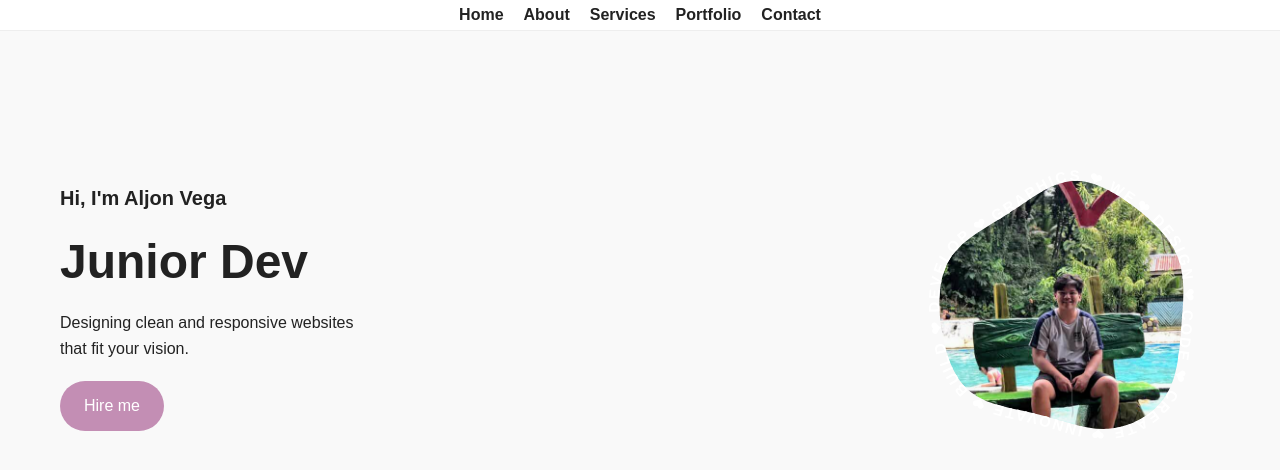
Repository: aljonvega18/Portfolio
Page: index.html
These files come from the project's save history. The page is drawn as it stood at one moment and after the next save; the edit follows.
The browser window is 1280 px wide. The pictures show the whole page.

Above is the page before, as saved 2026-02-02 16:34:32.

### index.html
<!DOCTYPE html>
<html lang="en">
<head>
    <meta charset="UTF-8">
    <meta name="viewport" content="width=device-width, initial-scale=1.0">
    <title>Aljon Vega | Junior Dev Portfolio</title>
    <link rel="stylesheet" href="style.css">

</head>
<body>

<header>
    <div class="navbar">
        <nav>
            <ul>
                <li><a href="index.html">Home</a></li>
                <li><a href="about.html">About</a></li>
                <li><a href="services.html">Services</a></li>
                <li><a href="portfolio.html">Portfolio</a></li>
                <li><a href="contact.html">Contact</a></li>
            </ul>
        </nav>
    </div>
</header>

<section class="hero">
    <div class="hero-container">
        <div class="hero-content">
            <h3>Hi, I'm Aljon Vega</h3>
            <h1>Junior Dev</h1>
            <p>Designing clean and responsive websites<br>that fit your vision.</p>
            <a href="contact.html" class="btn">Hire me</a>
            <div class="social-links">
                <a href="#" class="social-icon"><i class="fab fa-facebook-f"></i></a>
                <a href="#" class="social-icon"><i class="fab fa-instagram"></i></a>
                <a href="#" class="social-icon"><i class="fab fa-x-twitter"></i></a>
            </div>
        </div>
        <div class="hero-image">
    <svg viewBox="0 0 200 200" xmlns="http://www.w3.org/2000/svg" aria-labelledby="t" class="blob-svg">

        <defs>
            <clipPath id="blobClip">
                <path d="M43.1,-68.5C56.2,-58.6,67.5,-47.3,72.3,-33.9C77.2,-20.5,75.5,-4.9,74.2,11.3C72.9,27.6,71.9,44.5,63.8,57.2C55.7,69.8,40.6,78.2,25.5,79.2C10.4,80.1,-4.7,73.6,-20.9,69.6C-37.1,65.5,-54.5,63.9,-66,54.8C-77.5,45.8,-83.2,29.3,-85.7,12.3C-88.3,-4.8,-87.7,-22.3,-79.6,-34.8C-71.5,-47.3,-55.8,-54.9,-41.3,-64.2C-26.7,-73.6,-13.4,-84.7,0.8,-86C15,-87.2,29.9,-78.5,43.1,-68.5Z"
                        transform="translate(100 100)"/>
            </clipPath>
        </defs>

        <image
            href="ME.jpg"
            width="200"
            height="200"
            preserveAspectRatio="xMidYMid slice"
            clip-path="url(#blobClip)"
        />

        <path
            id="textPath"
            d="M43.1,-68.5C56.2,-58.6,67.5,-47.3,72.3,-33.9C77.2,-20.5,75.5,-4.9,74.2,11.3C72.9,27.6,71.9,44.5,63.8,57.2C55.7,69.8,40.6,78.2,25.5,79.2C10.4,80.1,-4.7,73.6,-20.9,69.6C-37.1,65.5,-54.5,63.9,-66,54.8C-77.5,45.8,-83.2,29.3,-85.7,12.3C-88.3,-4.8,-87.7,-22.3,-79.6,-34.8C-71.5,-47.3,-55.8,-54.9,-41.3,-64.2C-26.7,-73.6,-13.4,-84.7,0.8,-86C15,-87.2,29.9,-78.5,43.1,-68.5Z"
            transform="translate(100 100)"
            fill="none"
            pathLength="100"
        />

        <text class="text-content">
            <textPath href="#textPath">
                ❤ DESIGN  ❤ CODE ❤ CREATE ❤ INNOVATE ❤ BUILD ❤ DEVELOP ❤ GRAPHICS ❤ WEBSITE ❤ UI/UX ❤ FRONTEND ❤ BACKEND ❤ RESPONSIVE ❤ CLEAN ❤ SIMPLE ❤ SPEED ❤ CLARITY ❤
                <animate attributeName="startOffset" from="0%" to="100%" dur="15s" repeatCount="indefinite"/>
            </textPath>
        </text>

    </svg>
</div>

    </div>
</section>

</body>
</html>

### style.css
html, body {
margin: 0;
padding: 0;
overflow: hidden;
}
* {
box-sizing: border-box;
margin: 0;
padding: 0;
font-family: Arial, sans-serif;
}
body {
        background: #fff;
        color: #222;
        line-height: 1.6;
        }

/* NAVBAR */
header {
    position: fixed;
    top: 0; width: 100%;
    background: #fff;
    border-bottom: 1px solid #eee;
    z-index: 1000;
    }
.navbar {
    max-width: 1200px;
    margin: auto;
    position: relative;
    display: flex;
    align-items: center;
    padding: 15px 20px;
    }
.logo {
    height: 40px;}
nav ul {
    display: flex;
    list-style: none;
    gap: 20px;
    }
nav a { text-decoration: none; color: #222; font-weight: bold; }
nav a:hover { color: #c38eb4; }
nav {
    position: absolute;
    left: 50%;
    transform: translateX(-50%);
    }
.hero {
    padding-top: 120px;
    padding-bottom: 60px;
    background: #f9f9f9;}
.hero-container {
    max-width: 1200px;
    margin: auto; display: flex;
    align-items: center;
    justify-content: space-between;
    gap: 40px;
    padding: 40px 20px; }
.hero-content h3 {
    font-size: 20px;
}
.hero-content h1 {
    font-size: 48px;
    margin: 10px 0;
}
.hero-content p {
    margin-bottom: 20px;
}
.btn {
    display: inline-block;
    background: #c38eb4;
    color: #fff;
    padding: 12px 24px;
    text-decoration: none;
    border-radius: 25px;
}
.btn:hover {
    opacity: 0.9;
}
.social-links {
    margin-top: 15px;
    display: flex;
    gap: 15px;
}
.social-icon {
    color: #222;
    font-size: 18px;
}
.hero-image img {
    width: 320px;
    max-width: 100%;
}

/* RESPONSIVE */
@media (max-width: 768px) {
.hero-container { flex-direction: column-reverse; text-align: center; }
nav ul { gap: 12px; }
.hero-content h1 { font-size: 36px; }
}

.blob-svg {
    width: 100%;
    max-width: 420px;
    aspect-ratio: 1 / 1;
}

.blob-svg:hover #blobClip {
    transform: scale(1.15);
    transform-origin: center;
}

.text-content {
    font: 700 10px/1.2 system-ui, -apple-system, Segoe UI, Roboto, Arial, sans-serif;
    letter-spacing: 1.5px;
    text-transform: uppercase;
    fill: white;
}

After the next save:
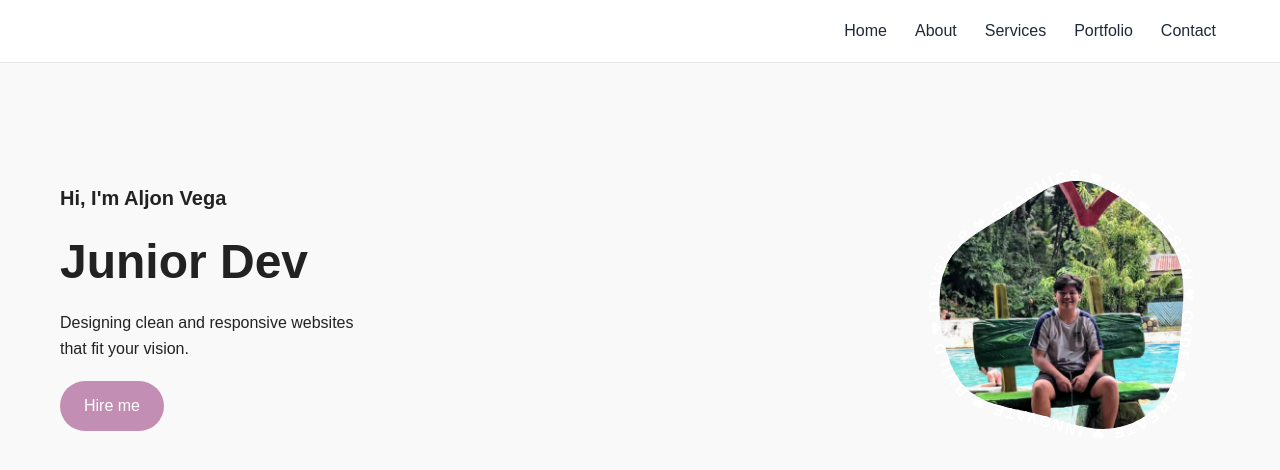
Saved 3 min 21 s later.
--- a/style.css
+++ b/style.css
@@ -18,33 +18,66 @@ body {
 /* NAVBAR */
 header {
     position: fixed;
-    top: 0; width: 100%;
-    background: #fff;
-    border-bottom: 1px solid #eee;
+    top: 0;
+    width: 100%;
+    background: rgba(255, 255, 255, 0.9);
+
+    border-bottom: 1px solid #e5e7eb;
     z-index: 1000;
-    }
+}
+
 .navbar {
     max-width: 1200px;
     margin: auto;
-    position: relative;
     display: flex;
     align-items: center;
-    padding: 15px 20px;
-    }
+    padding: 18px 24px;
+}
+
 .logo {
-    height: 40px;}
+    height: 42px;
+}
+
+/* CENTER NAV */
+nav {
+    margin-left: auto;
+}
+
 nav ul {
     display: flex;
     list-style: none;
-    gap: 20px;
-    }
-nav a { text-decoration: none; color: #222; font-weight: bold; }
-nav a:hover { color: #c38eb4; }
-nav {
+    gap: 28px;
+}
+
+nav a {
+    text-decoration: none;
+    color: #1f2937;
+    font-weight: 500;
+    position: relative;
+    padding-bottom: 4px;
+    transition: color 0.3s ease;
+}
+
+/* UNDERLINE HOVER EFFECT */
+nav a::after {
+    content: "";
     position: absolute;
-    left: 50%;
-    transform: translateX(-50%);
-    }
+    left: 0;
+    bottom: 0;
+    width: 0;
+    height: 2px;
+    background: #6366f1;
+    transition: width 0.3s ease;
+}
+
+nav a:hover {
+    color: #6366f1;
+}
+
+nav a:hover::after {
+    width: 100%;
+}
+
 .hero {
     padding-top: 120px;
     padding-bottom: 60px;
